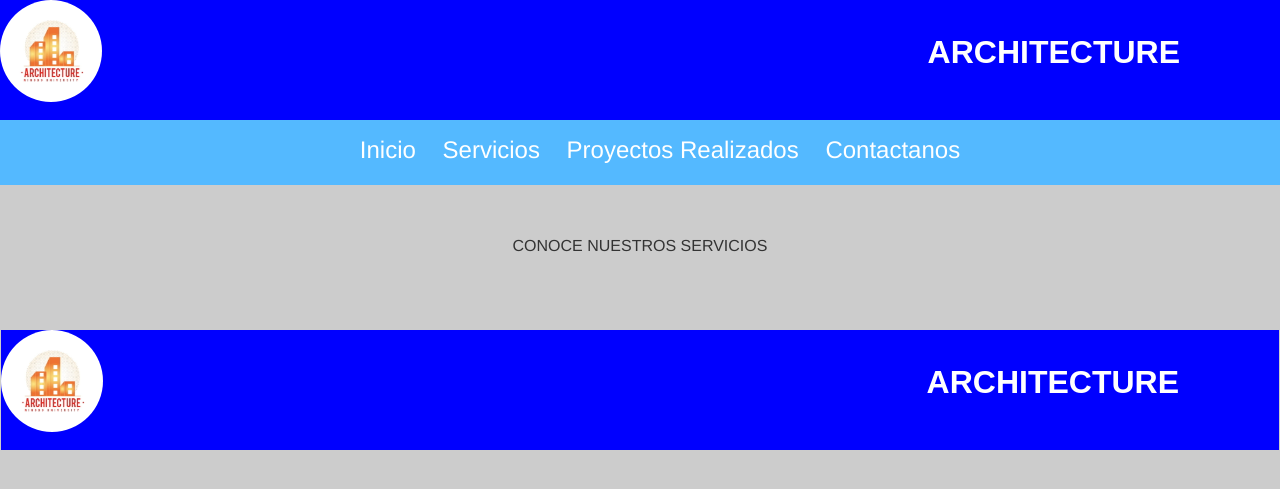
Repository: gabrielestrella18/htdocs
Page: http://localhost/arquitectos/servicios.php
These files come from the project's save history. The page is drawn as it stood at one moment and after the next save; the edit follows.
The browser window is 1280 px wide. The pictures show the whole page.
The page is run by PHP 8.4 with error messages shown; the project is at /var/www/html/.

Above is the page before, as saved 2023-12-06 23:23:18.

After the next save:
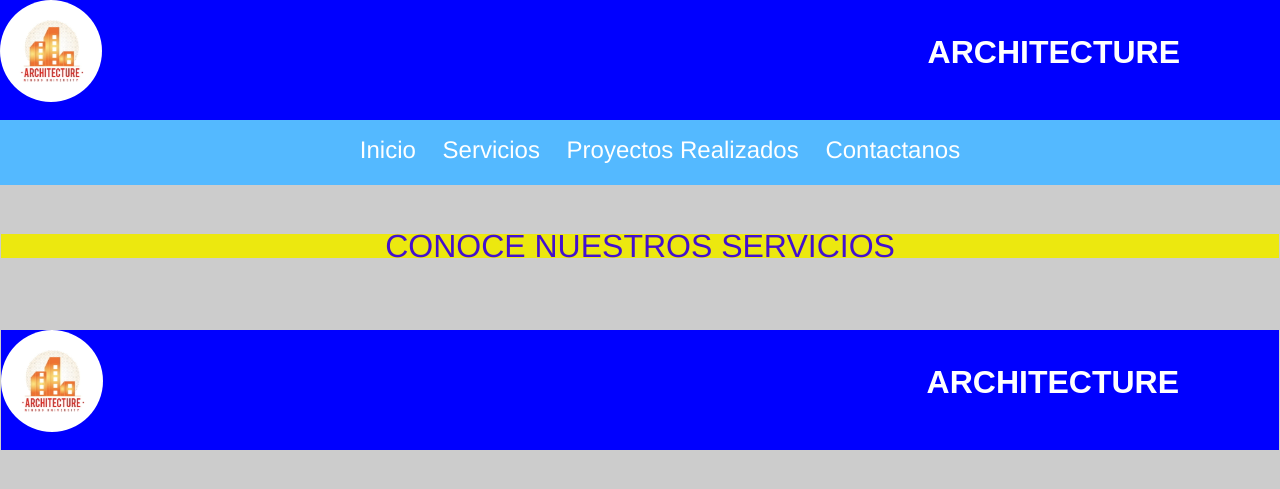
Saved 8 s later.
--- a/arquitectos/estilo.css
+++ b/arquitectos/estilo.css
@@ -94,7 +94,7 @@
     text-align: center;
 }
 
-h2 {
+p {
     color: #4311ce;
     font-size: xx-large;
     background-color: #ece80f;

After the save that followed:
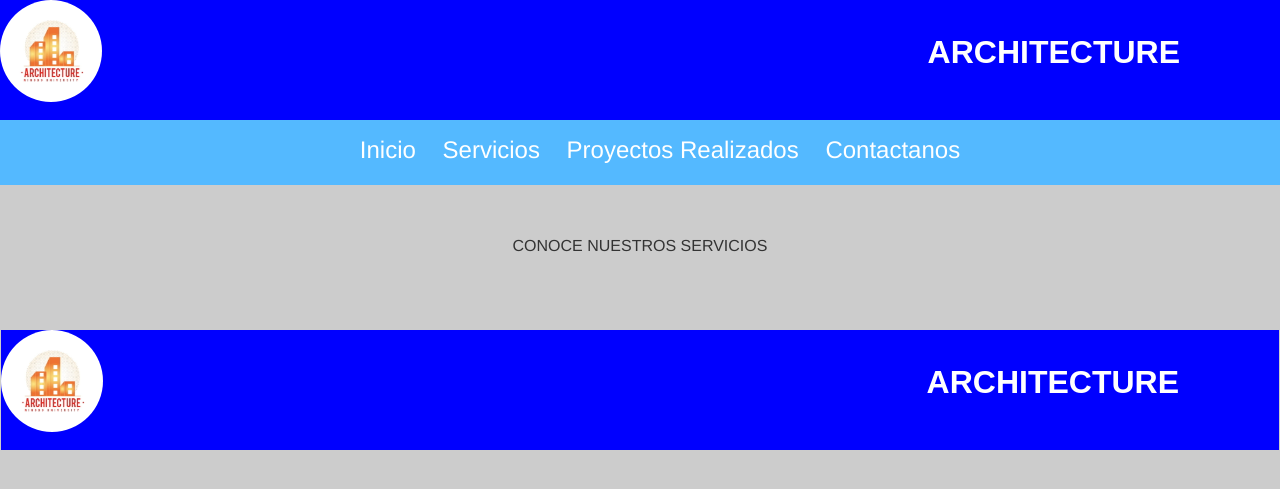
Saved 64 s later.
--- a/arquitectos/estilo.css
+++ b/arquitectos/estilo.css
@@ -94,8 +94,8 @@
     text-align: center;
 }
 
-p {
+h2 {
     color: #4311ce;
     font-size: xx-large;
-    background-color: #ece80f;
+    font-family: 'Segoe UI', Tahoma, Geneva, Verdana, sans-serif;
 }
